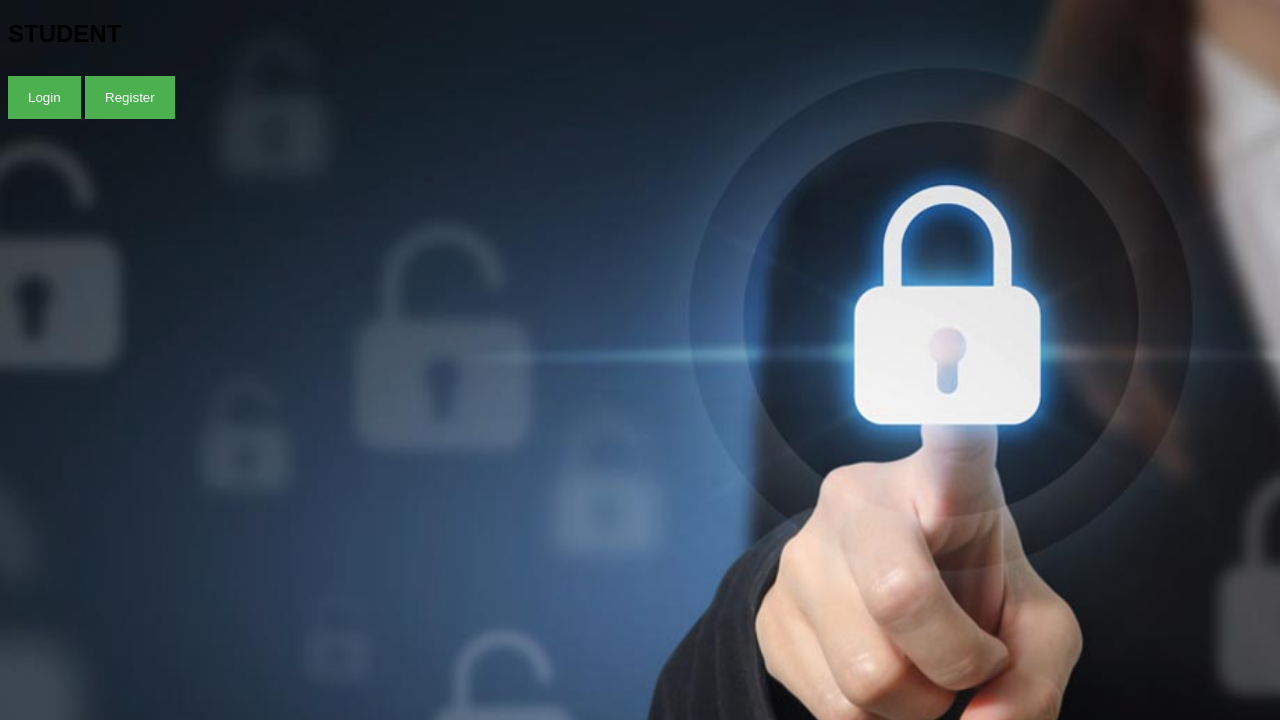
Repository: Malz6/DBMS-ActivityTracking
Page: dbs/WebContent/student.html
These files come from the project's save history. The page is drawn as it stood at one moment and after the next save; the edit follows.
The browser window is 1280 px wide. The pictures show the whole page.

Above is the page before, as saved 2019-12-12 16:01:13.

After the next save:
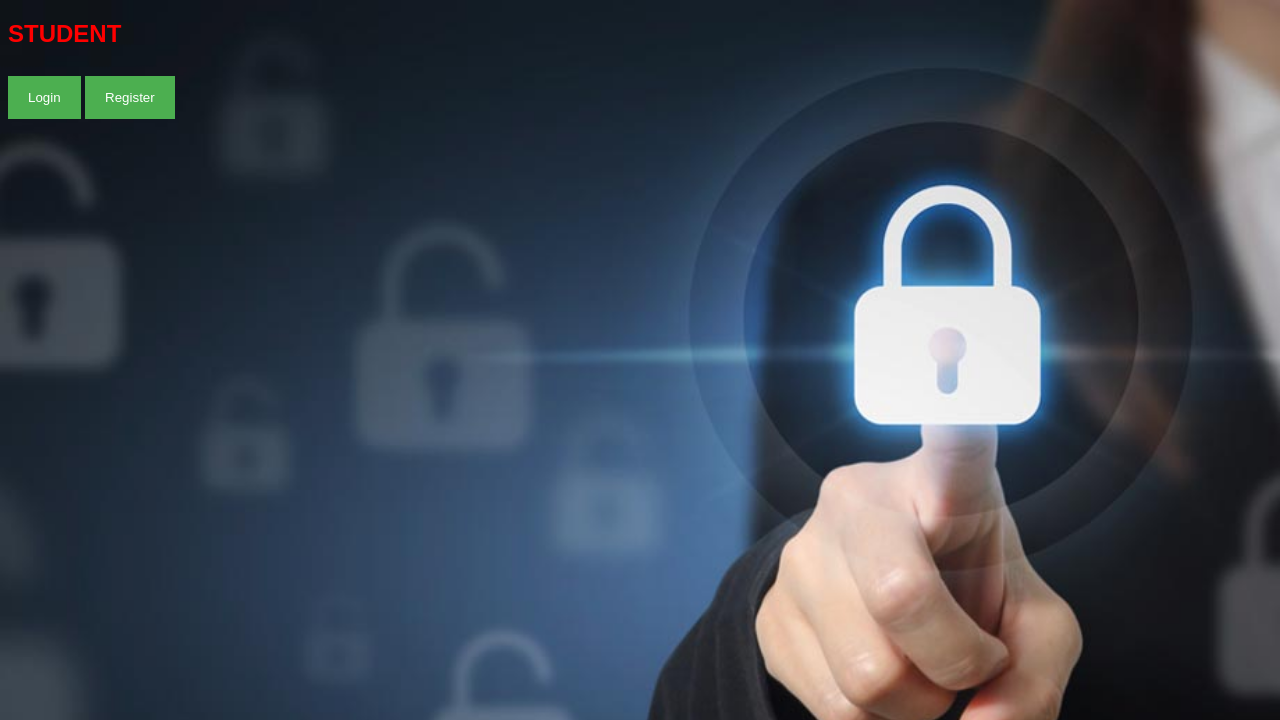
Saved 23 s later.
--- a/dbs/WebContent/student.html
+++ b/dbs/WebContent/student.html
@@ -11,7 +11,7 @@ body
   	background-repeat: no-repeat;
  	background-attachment: fixed;
  	background-size: cover;
- 	color: black;
+ 	color: red;
 }
 /* Full-width input fields */
 input[type=text], input[type=password] {
